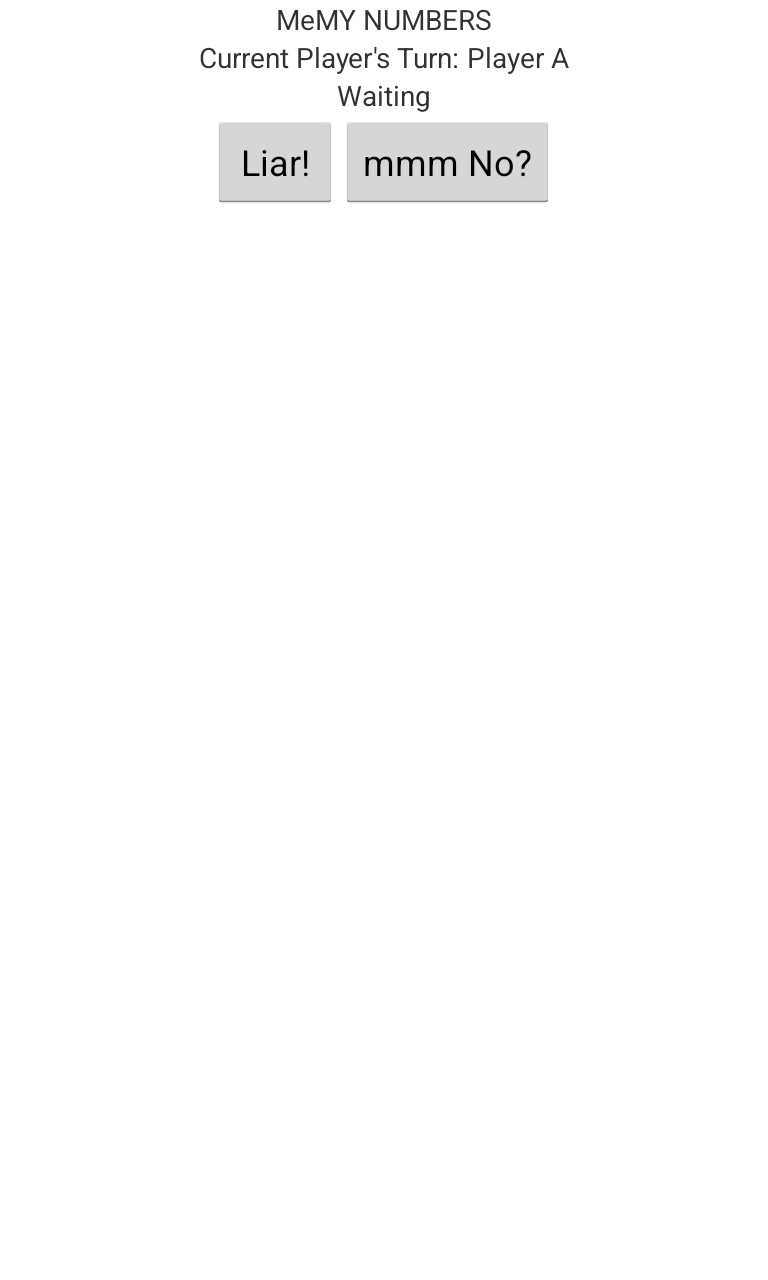
Repository: RayyLim/LiarPoker
Layout: LiarPoker/res/layout/gameroom_main.xml
These files come from the project's save history. The layout is drawn as it stood at one moment and after the next save; the edit follows.
It is drawn on a 768 x 1280 px phone screen (xhdpi) without system bars, with theme AppTheme; the app's code is not run.

Above is the layout before, as saved 2012-07-22 04:33:37.

### LiarPoker/res/layout/gameroom_main.xml
<?xml version="1.0" encoding="utf-8"?>
<LinearLayout xmlns:android="http://schemas.android.com/apk/res/android"
	android:layout_width="match_parent" android:layout_height="match_parent"
	android:orientation="vertical">

	<LinearLayout android:layout_width="wrap_content"
		android:layout_height="wrap_content"
		android:layout_gravity="center_horizontal">
		<TextView android:id="@+id/meLabel" android:layout_width="wrap_content"
			android:layout_height="wrap_content" android:text="Me" />

		<TextView android:id="@+id/mynumbersLabel"
			android:layout_width="wrap_content" android:layout_height="wrap_content"
			android:text="MY NUMBERS" />
	</LinearLayout>

	<LinearLayout android:layout_width="wrap_content"
		android:layout_height="wrap_content"
		android:layout_gravity="center_horizontal">
				<TextView
			android:layout_width="wrap_content" android:layout_height="wrap_content"
			android:text="Current Player's Turn: " />
		<TextView android:id="@+id/currentPlayerLabel"
			android:layout_width="wrap_content" android:layout_height="wrap_content"
			android:text="Player A" />



	</LinearLayout>
			<TextView android:id="@+id/currentPlayerSubmissionLabel"
			android:layout_width="wrap_content" android:layout_height="wrap_content"
			android:text="Waiting"
			        android:layout_gravity="center_horizontal"/>



			<LinearLayout
			    android:layout_width="wrap_content"
			    android:layout_height="wrap_content"
			            android:layout_gravity="center_horizontal">
					<Button
			    android:id="@+id/liarButton"
			    android:layout_width="wrap_content"
			    android:layout_height="wrap_content"
			    android:text="Liar!"
			    />
								<Button
			    android:id="@+id/notLiarButton"
			    android:layout_width="wrap_content"
			    android:layout_height="wrap_content"
			    android:text="mmm No?" />
			</LinearLayout>

</LinearLayout>

Loaded but not shown: LiarPoker/res/values-v11/styles.xml (common file); LiarPoker/res/values-v14/styles.xml (common file); LiarPoker/res/values/styles.xml (common file)

After the next save:
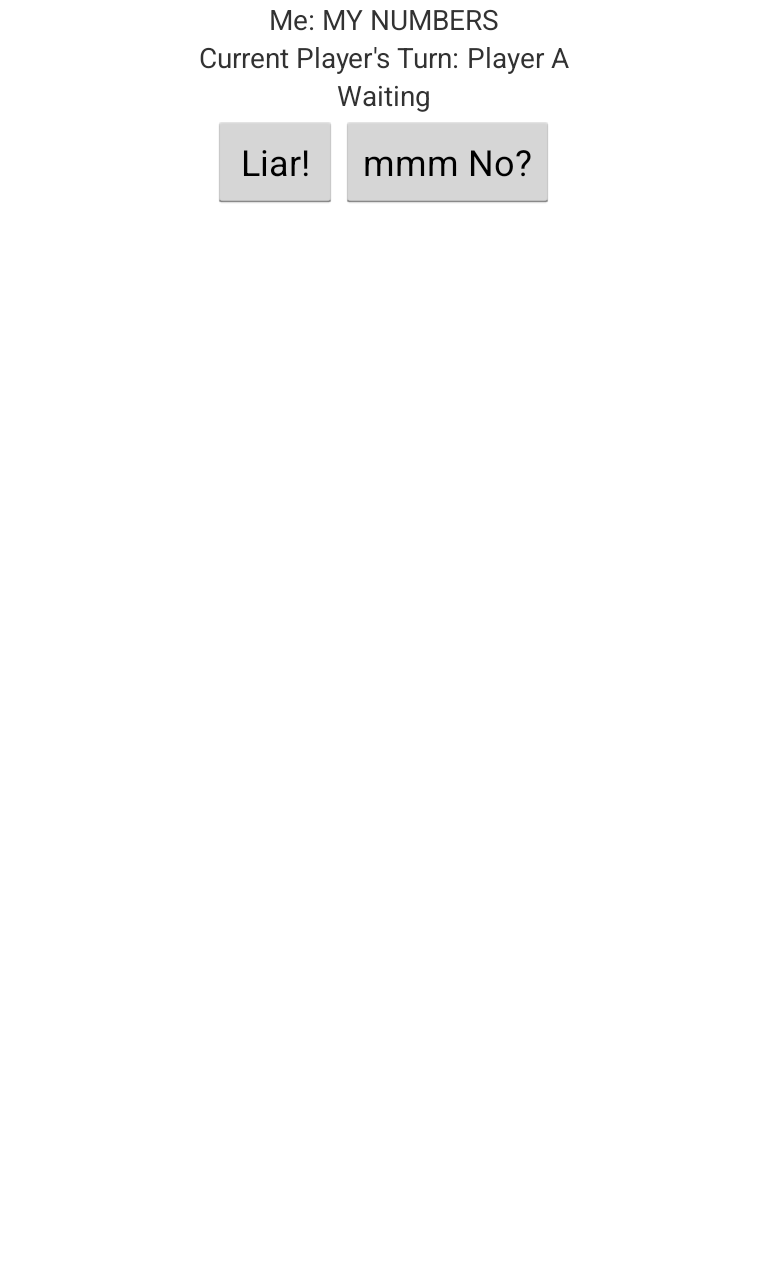
Saved 11 s later.
--- a/LiarPoker/res/layout/gameroom_main.xml
+++ b/LiarPoker/res/layout/gameroom_main.xml
@@ -7,7 +7,7 @@
 		android:layout_height="wrap_content"
 		android:layout_gravity="center_horizontal">
 		<TextView android:id="@+id/meLabel" android:layout_width="wrap_content"
-			android:layout_height="wrap_content" android:text="Me" />
+			android:layout_height="wrap_content" android:text="Me: " />
 
 		<TextView android:id="@+id/mynumbersLabel"
 			android:layout_width="wrap_content" android:layout_height="wrap_content"
